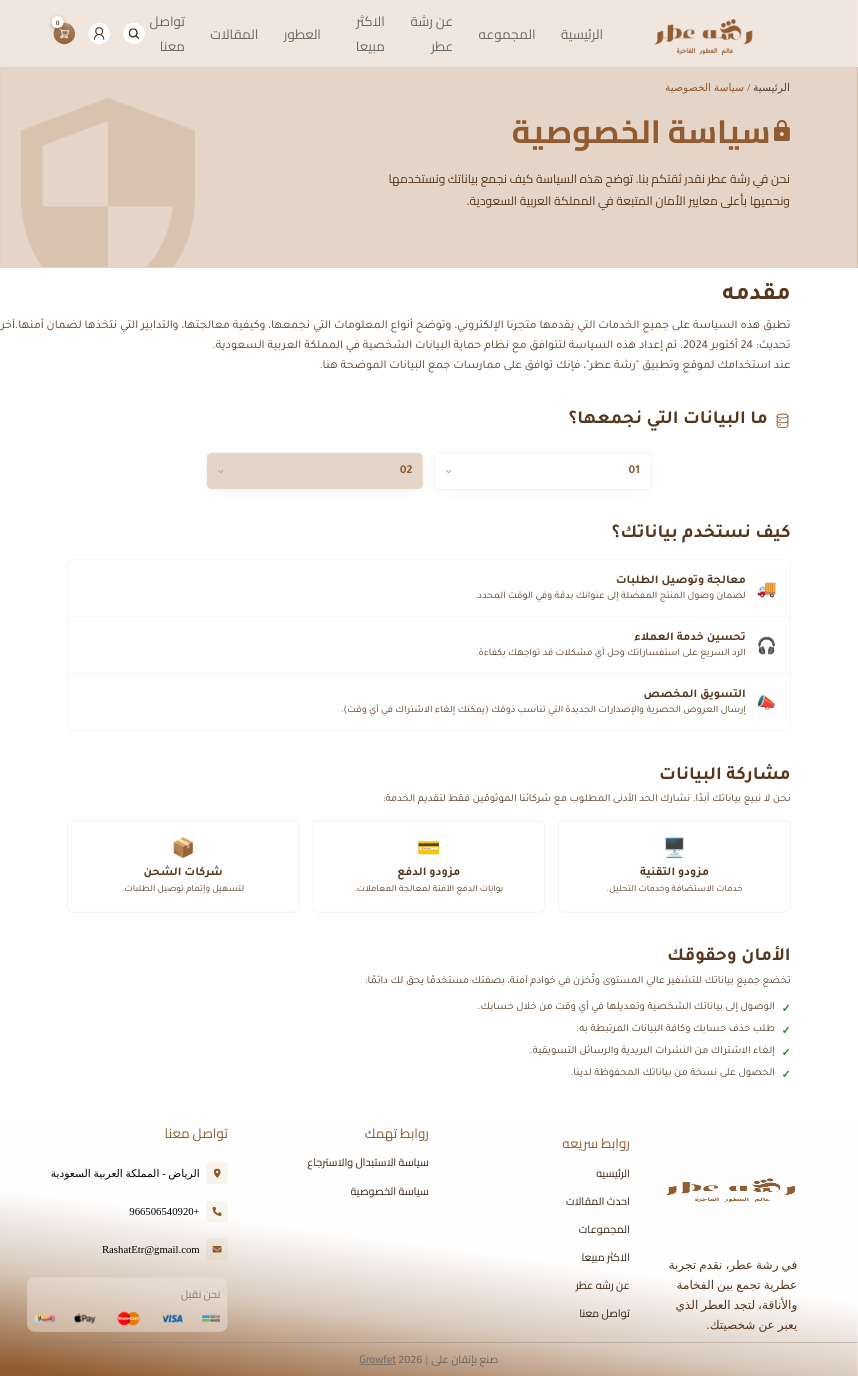
Repository: mahmoudesh74/rashet-3tr
Page: /PrivacyPolicyPage
These files come from the project's save history. The page is drawn as it stood at one moment and after the next save; the edit follows.
The browser window is 1280 px wide. The pictures show the whole page, at 67% of full size.
Some web fonts or font styles are not loaded; a fallback is used. The project was rebuilt for these pictures with package versions that can differ from the ones it lists, and the page was loaded fresh each time. Also part of the build but not shown: vite.config.js, src/App.css, src/components/HeaderSection/Header.css, src/components/HeaderSection/Header.jsx, src/components/GroupSection/GroupSection.css, src/components/GroupSection/GroupSection.jsx, src/components/AboutSection/AboutSection.css, src/components/AboutSection/AboutSection.jsx and 17 more. Imported but missing from the stored project, and not drawn on this page: src/assets/vedio.mp4.

Above is the page before, as saved 2026-09-23 13:29:20.

After the next save:
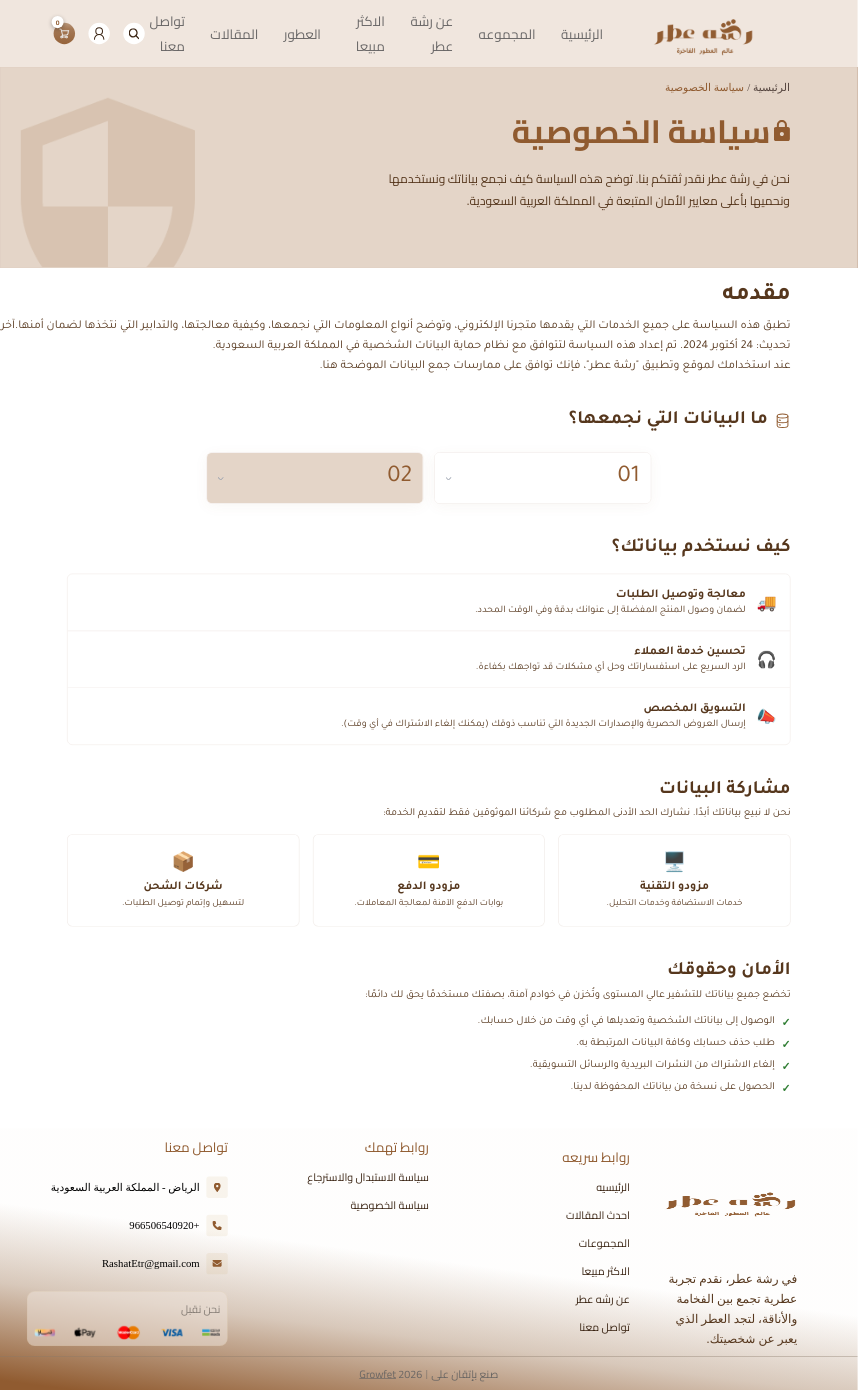
Saved 4 min 14 s later.
--- a/src/pages/PrivacyPolicy/privacyPolicy.css
+++ b/src/pages/PrivacyPolicy/privacyPolicy.css
@@ -140,8 +140,8 @@ color: #56371D;
 }
 .accordionNumber {
   font-family: "Tajawal";
-  font-weight: 700;
-  font-size: 18px;
+  font-weight: 400;
+  font-size: 36px;
   color: #905B30;
 }
 .accordionBody {
